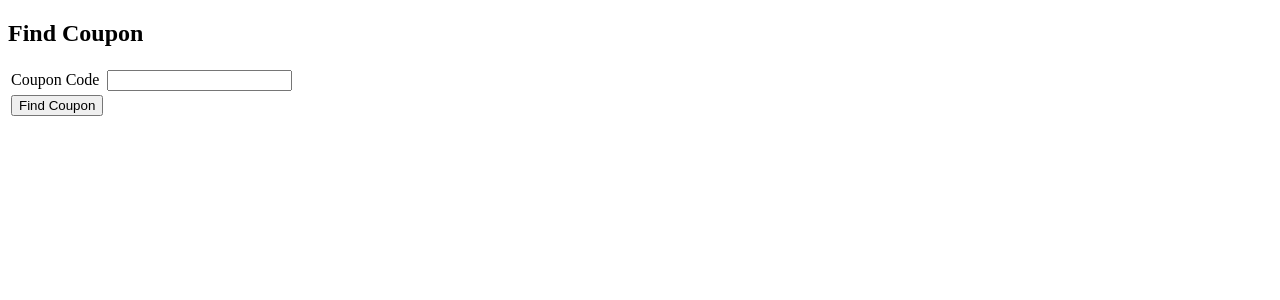
Repository: payal033/Java-Servlets-JSP
Page: http://localhost/FinalProject/findCoupon.jsp
These files come from the project's save history. The page is drawn as it stood at one moment and after the next save; the edit follows.
The browser window is 1280 px wide. The pictures show the whole page.
The page is served by Tomcat 9. Other server files are loaded and not shown.

Above is the page before, as saved 2022-05-30 18:09:20.

### FinalProject/WebContent/findCoupon.jsp
<%@ page language="java" contentType="text/html; charset=ISO-8859-1"
	pageEncoding="ISO-8859-1"
%>
<!DOCTYPE html>
<html>
<head>
<meta charset="ISO-8859-1">
<title>Find Coupon</title>
</head>
<body>
    <h2>Find Coupon</h2>
	<form method="post" action="coupons">
		<table>
			<tr>
				<td>Coupon Code</td>
				<td><input type="text" name="couponCode"></td>
			</tr>
			<td><input type="submit" value="Find Coupon"></td>
		</table>
	</form>
</body>
</html>

After the next save:
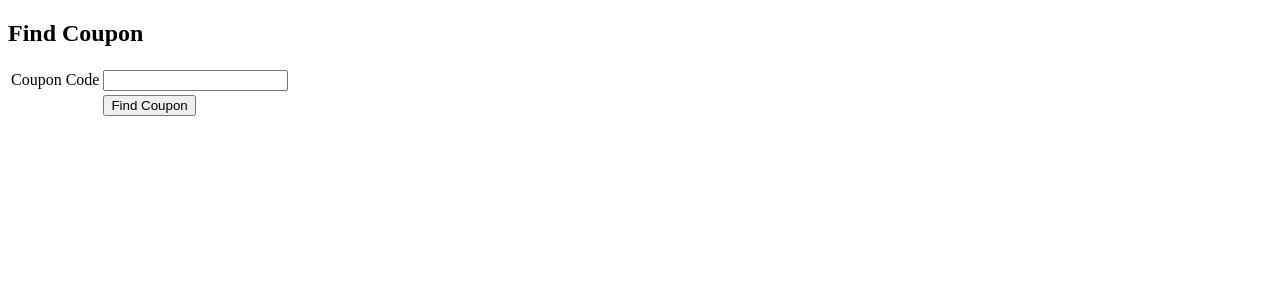
Saved 18 s later.
--- a/FinalProject/WebContent/findCoupon.jsp
+++ b/FinalProject/WebContent/findCoupon.jsp
@@ -15,6 +15,7 @@
 				<td>Coupon Code</td>
 				<td><input type="text" name="couponCode"></td>
 			</tr>
+			<td><input type="hidden" name="action" value="find"></td>
 			<td><input type="submit" value="Find Coupon"></td>
 		</table>
 	</form>
